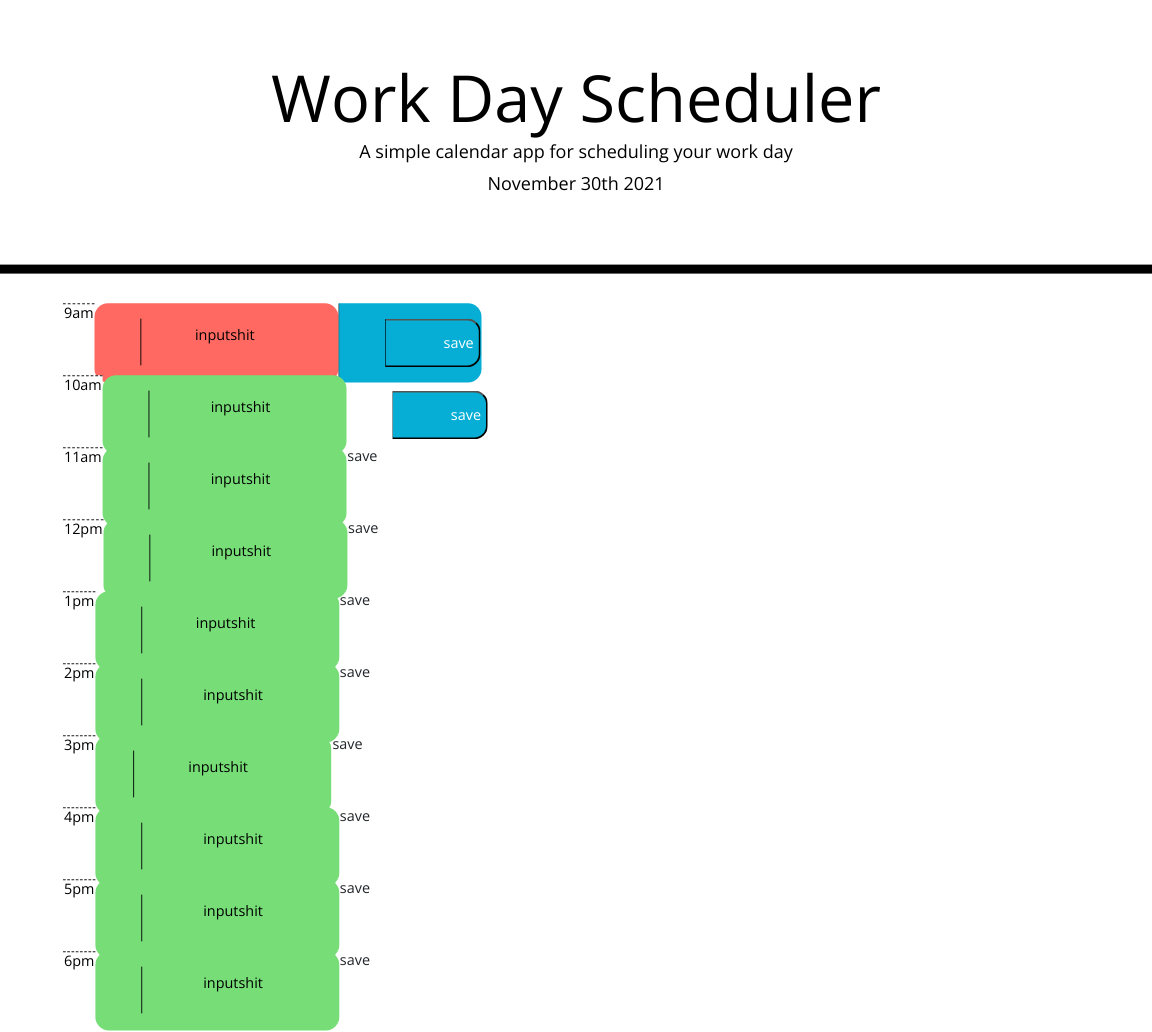
Repository: Naomilounsbury/work-day-scheduler
Page: index.html
An editor plug-in stored every save of this project. The page is shown before and after the next save, followed by the edit.
The browser window is 1280 px wide. The pictures show the whole page, at 90% of full size.
Some web libraries are served in a nearby version.

Above is the page before, as saved 2021-12-01 20:33:29.

After the next save:
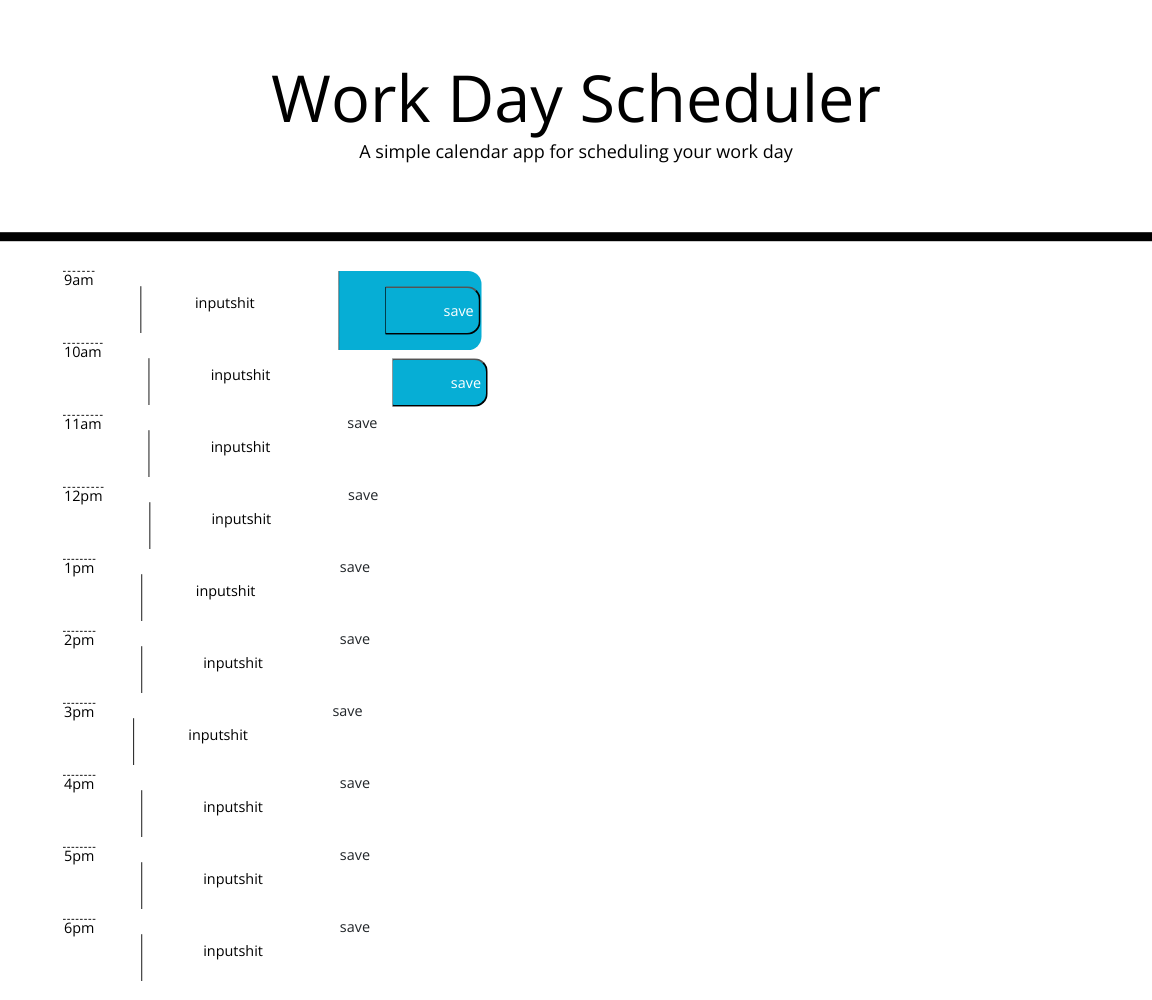
Console error: SyntaxError: Unexpected end of input
Saved 57 s later.
--- a/assets/js/script.js
+++ b/assets/js/script.js
@@ -3,6 +3,8 @@
 //connected it to the current day spot in the html
 currentDayEl = document.querySelector("#currentDay");
 var displayDate = currentTime.format('MMMM Do YYYY');
+// var btn9 = document.getElementById("btn9")
+var saveBtns = document.querySelectorAll(".saveBtn")
 currentDayEl.innerText = displayDate
 //going to get my timeblock element
 timeBlockEl = document.querySelectorAll(".time-block");
@@ -30,21 +32,21 @@
     //timeblock elements already have the class timeblock. If we just replaced the class with future or present
     //it would erase the class, so we want to add to the class
     //check time returns the new class
+    //this creates regular time-block class with past future or present added to it. like when it returns past = "time-block past"
 
     timeBlockEl[i].className = timeBlockEl[i].className + " " + checkTime(timeBlockEl[i])
 console.log(checkTime(timeBlockEl[i]))
 }
-// var saveData = function (){
+var saveData = document.querySelector("saveBtn");
 
-// }
-// saveData.addEventListener("click", function () {
-//     var initials = input.value
-//     console.log(initials)
-//     var object = {
-//         //key value pair, key being the name of the property within the object, the value being the actual data or content
-//         initials: initials, score: score
+saveData.addEventListener("click", function () {
+    var i = textarea.value
+    console.log()
+    var object = {
+        //key value pair, key being the name of the property within the object, the value being the actual data or content
+        hour: hour, text: text
 
-    // }
+    }
     //pushing my scores onto my array
     // highScores.push(object)
     // //making my high scores object into a string

After the 3 saves that followed:
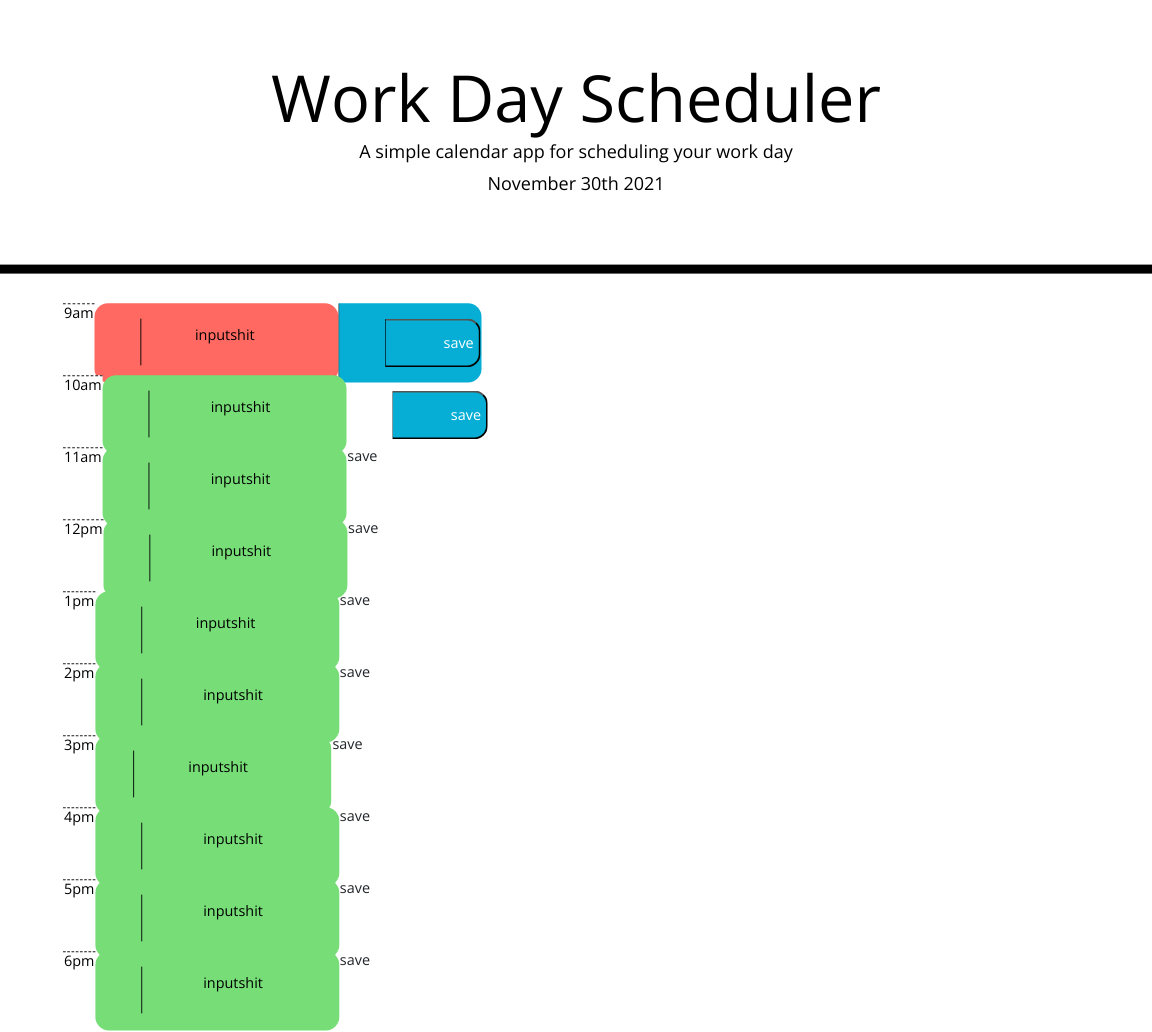
The error is gone.
The 3 saves are shown as one change because 2 left the picture as it was.
The last was saved 8 min 2 s later.
--- a/index.html
+++ b/index.html
@@ -34,13 +34,13 @@
         <tr class="row">
           <td class="hour">9am</td>
           <td class="time-block" id="9">
-            <textarea>
+            <textarea id = "btn9">
             inputshit
           </textarea>
           </td>
 
           <td class="saveBtn">
-            <button id ="btn9" class = "saveBtn" value="9">
+            <button class = "saveBtn" value="9">
               save
             </button>
           </td>
@@ -48,12 +48,12 @@
         <tr class="row">
           <td class="hour">10am</td>
           <td class="time-block" id="10">
-            <textarea>
+            <textarea id = "btn10">
               inputshit
             </textarea>
           </td>
           <td>
-            <button id ="btn10" class = "saveBtn" value="10">
+            <button class = "saveBtn" value="10">
               save
             </button>
           </td>
--- a/assets/js/script.js
+++ b/assets/js/script.js
@@ -5,6 +5,11 @@
 var displayDate = currentTime.format('MMMM Do YYYY');
 // var btn9 = document.getElementById("btn9")
 var saveBtns = document.querySelectorAll(".saveBtn")
+for(var i=0; i<saveBtns.length; i++){
+    saveBtns[i].addEventListener("click", function(){
+        console.log(document.getElementById(`btn${saveBtns[i].value}`))
+    })
+}
 currentDayEl.innerText = displayDate
 //going to get my timeblock element
 timeBlockEl = document.querySelectorAll(".time-block");
@@ -39,14 +44,14 @@
 }
 var saveData = document.querySelector("saveBtn");
 
-saveData.addEventListener("click", function () {
-    var i = textarea.value
-    console.log()
-    var object = {
-        //key value pair, key being the name of the property within the object, the value being the actual data or content
-        hour: hour, text: text
+// saveData.addEventListener("click", function () {
+//     var i = textarea.value
+//     console.log()
+//     var object = {
+//         //key value pair, key being the name of the property within the object, the value being the actual data or content
+//         hour: hour, text: text
 
-    }
+//     }
     //pushing my scores onto my array
     // highScores.push(object)
     // //making my high scores object into a string
